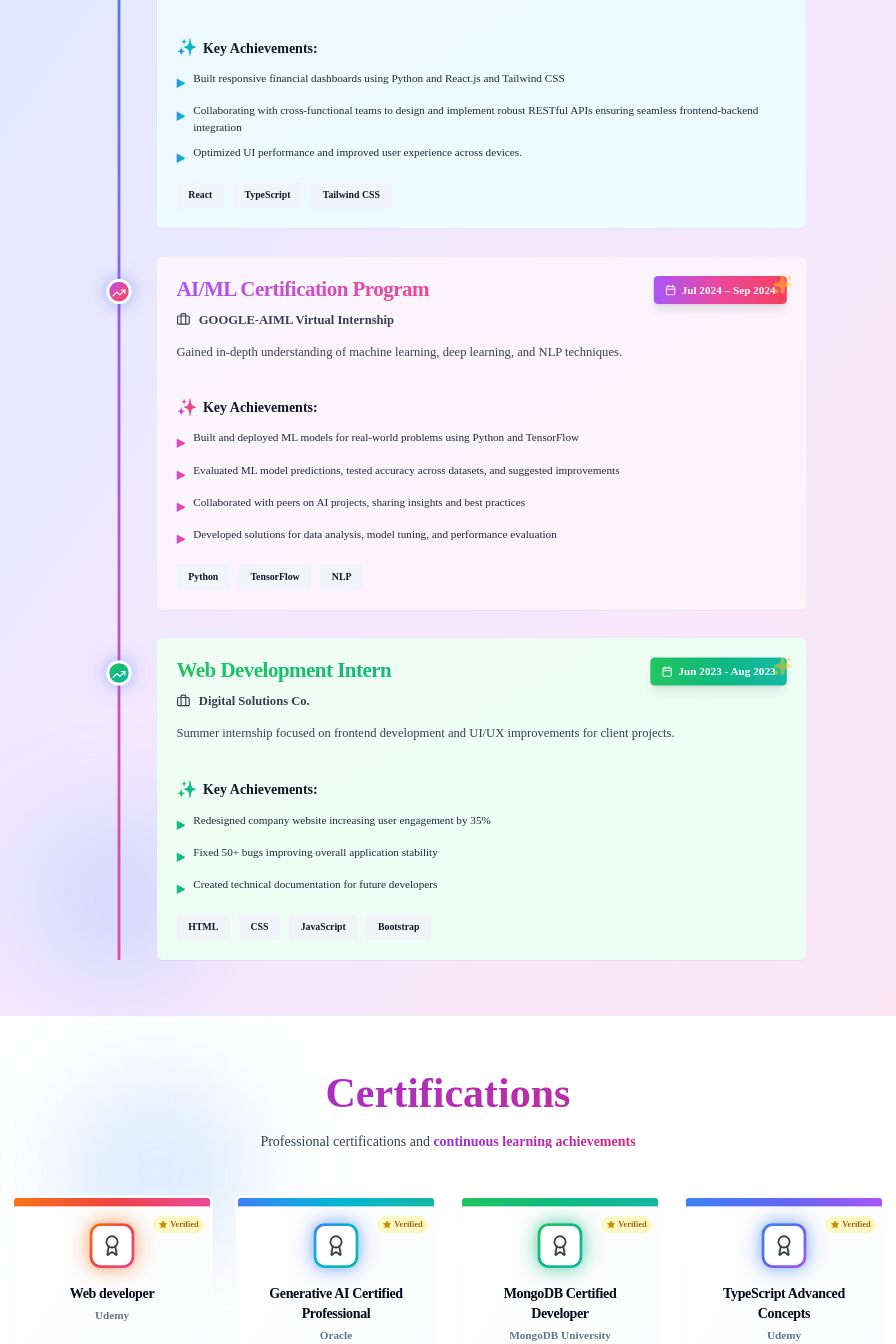
Repository: sm6746/PORTFOLIO
Page: /
These files come from the project's save history. The page is drawn as it stood at one moment and after the next save; the edit follows.
The browser window is 1280 px wide. The pictures show the part of the page from y = 4418 to 6338 px (the page is 8357 px tall), at 70% of full size.
The project was rebuilt for these pictures with package versions that can differ from the ones it lists, and the page was loaded fresh each time. Also part of the build but not shown: vite.config.ts.

Above is the page before, as saved 2025-11-07 08:43:13.

### index.html
<!DOCTYPE html>
<html lang="en">
  <head>
    <meta charset="UTF-8" />
    <link rel="icon" type="image/svg+xml" href="/favicon.svg" />
    <meta name="viewport" content="width=device-width, initial-scale=1.0" />
    <title>Portfolio</title>
  </head>
  <body>
    <div id="root"></div>
    <script type="module" src="/app/main.tsx"></script>
  </body>
</html>

### app/main.tsx
import React from 'react'
import ReactDOM from 'react-dom/client'
import App from './app'
import './globals.css'

ReactDOM.createRoot(document.getElementById('root')!).render(
  <React.StrictMode>
    <App />
  </React.StrictMode>,
)

### app/app.tsx
import { ThemeProvider } from '@/lib/theme-context';
import { Header } from '@/components/header';
import { HeroSection } from '@/components/hero-section';
import { AboutSection } from '@/components/about-section';
import { SkillsSection } from '@/components/skills-section';
import { ProjectsSection } from '@/components/projects-section';
import { ExperienceSection } from '@/components/experience-section';
import { CertificationsSection } from '@/components/certifications-section';
import { ContactSection } from '@/components/contact-section';
import { Footer } from '@/components/footer';
import { ScrollToTop } from '@/components/scroll-to-top';

function App() {
  return (
    <ThemeProvider>
      <div className="min-h-screen bg-white dark:bg-gray-900 transition-colors duration-300">
        <Header />
        <main>
          <HeroSection />
          <AboutSection />
          <SkillsSection />
          <ProjectsSection />
          <ExperienceSection />
          <CertificationsSection />
          <ContactSection />
        </main>
        <Footer />
        <ScrollToTop />
      </div>
    </ThemeProvider>
  );
}

export default App;

### lib/theme-context.tsx
import React, { createContext, useContext, useEffect, useState } from 'react';

type Theme = 'light' | 'dark';

type ThemeContextType = {
  theme: Theme;
  toggleTheme: () => void;
};

const ThemeContext = createContext<ThemeContextType | undefined>(undefined);

export function ThemeProvider({ children }: { children: React.ReactNode }) {
  const [theme, setTheme] = useState<Theme>(() => {
    const stored = localStorage.getItem('portfolio-theme');
    return (stored as Theme) || 'light';
  });

  useEffect(() => {
    localStorage.setItem('portfolio-theme', theme);
    document.documentElement.classList.toggle('dark', theme === 'dark');
  }, [theme]);

  const toggleTheme = () => {
    setTheme(prev => (prev === 'light' ? 'dark' : 'light'));
  };

  return (
    <ThemeContext.Provider value={{ theme, toggleTheme }}>
      {children}
    </ThemeContext.Provider>
  );
}

export function useTheme() {
  const context = useContext(ThemeContext);
  if (!context) {
    throw new Error('useTheme must be used within ThemeProvider');
  }
  return context;
}

### components/experience-section.tsx
import { Card, CardContent, CardHeader, CardTitle } from '@/components/ui/card';
import { Badge } from '@/components/ui/badge';
import { Briefcase, Calendar, Sparkles, TrendingUp } from 'lucide-react';
import { useScrollAnimation } from '@/hooks/use-scroll-animation';

export function ExperienceSection() {
  const { ref, isVisible } = useScrollAnimation();

  const experiences = [
    {
      title: 'frontend Developer ',
      company: 'Bluestock Fintech',
      period: 'May 2025 – July 2025',
      description: 'Developing responsive web applications using React and TypeScript. Collaborating with design team to implement pixel-perfect UIs.',
      achievements: [
        ' Built responsive financial dashboards using Python and React.js and Tailwind CSS',
        'Collaborating with cross-functional teams to design and implement robust RESTful APIs ensuring seamless frontend-backend integration',
        'Optimized UI performance and improved user experience across devices.',

      ],
      tags: ['React', 'TypeScript', 'Tailwind CSS'],
      gradient: 'from-blue-500 via-cyan-500 to-teal-500',
      bgGradient: 'from-blue-50 to-cyan-50 dark:from-blue-950/50 dark:to-cyan-950/50',
    },
    {
      title: 'AI/ML Certification Program',
      company: 'GOOGLE-AIML Virtual Internship',
      period: 'Jul 2024 – Sep 2024',
      description: 'Gained in-depth understanding of machine learning, deep learning, and NLP techniques.',
      achievements: [
        'Built and deployed ML models for real-world problems using Python and TensorFlow',
        'Evaluated ML model predictions, tested accuracy across datasets, and suggested improvements',
        'Collaborated with peers on AI projects, sharing insights and best practices',
        'Developed solutions for data analysis, model tuning, and performance evaluation',
      ],
      tags: ['Python', 'TensorFlow', 'NLP'],
      gradient: 'from-purple-500 via-pink-500 to-rose-500',
      bgGradient: 'from-purple-50 to-pink-50 dark:from-purple-950/50 dark:to-pink-950/50',
    },
    {
      title: 'Web Development Intern',
      company: 'Digital Solutions Co.',
      period: 'Jun 2023 - Aug 2023',
      description: 'Summer internship focused on frontend development and UI/UX improvements for client projects.',
      achievements: [
        'Redesigned company website increasing user engagement by 35%',
        'Fixed 50+ bugs improving overall application stability',
        'Created technical documentation for future developers',
      ],
      tags: ['HTML', 'CSS', 'JavaScript', 'Bootstrap'],
      gradient: 'from-green-500 via-emerald-500 to-teal-500',
      bgGradient: 'from-green-50 to-emerald-50 dark:from-green-950/50 dark:to-emerald-950/50',
    },
  ];

  return (
    <section
      id="experience"
      ref={ref as React.RefObject<HTMLElement>}
      className="py-20 bg-gradient-to-br from-blue-100 via-purple-100 to-pink-100 dark:from-gray-800 dark:via-purple-900/10 dark:to-blue-900/10 relative overflow-hidden"
    >
      <div className="absolute top-10 right-10 w-64 h-64 bg-purple-400/20 rounded-full blur-3xl"></div>
      <div className="absolute bottom-10 left-10 w-64 h-64 bg-blue-400/20 rounded-full blur-3xl"></div>

      <div className="container mx-auto px-4 relative z-10">
        <div
          className={`transition-all duration-1000 ${
            isVisible ? 'opacity-100 translate-y-0' : 'opacity-0 translate-y-10'
          }`}
        >
          <h2 className="text-5xl md:text-6xl font-extrabold text-center mb-6 bg-gradient-to-r from-blue-600 via-purple-600 to-pink-600 dark:from-blue-400 dark:via-purple-400 dark:to-pink-400 bg-clip-text text-transparent animate-gradient">
            Experience
          </h2>
          <p className="text-center text-gray-700 dark:text-gray-300 mb-16 text-xl font-medium">
            My professional journey and <span className="text-transparent bg-clip-text bg-gradient-to-r from-purple-600 to-pink-600 font-bold">key achievements</span>
          </p>

          <div className="max-w-5xl mx-auto relative">
            <div className="absolute left-10 top-0 bottom-0 w-1 bg-gradient-to-b from-blue-500 via-purple-500 to-pink-500 hidden md:block shadow-lg"></div>

            <div className="space-y-10">
              {experiences.map((exp, index) => (
                <div
                  key={index}
                  className={`relative transition-all duration-1000 ${
                    isVisible ? 'opacity-100 translate-x-0' : 'opacity-0 -translate-x-10'
                  }`}
                  style={{ transitionDelay: `${index * 250}ms` }}
                >
                  <div className={`hidden md:block absolute left-6 top-8 w-9 h-9 rounded-full bg-gradient-to-br ${exp.gradient} border-4 border-white dark:border-gray-800 shadow-xl animate-pulse-glow z-10`}>
                    <TrendingUp className="h-5 w-5 text-white m-auto mt-1.5" />
                  </div>

                  <Card className={`md:ml-24 hover:shadow-2xl transition-all duration-500 transform hover:-translate-y-3 hover:scale-105 border-4 border-transparent hover:border-current bg-gradient-to-br ${exp.bgGradient} overflow-hidden`}>
                    <div className={`absolute inset-0 bg-gradient-to-br ${exp.gradient} opacity-0 group-hover:opacity-10 transition-opacity duration-500`}></div>
                    <CardHeader className="relative">
                      <div className="flex flex-wrap items-start justify-between gap-4 mb-3">
                        <div className="flex-1">
                          <CardTitle className={`text-3xl font-black mb-3 bg-gradient-to-r ${exp.gradient} bg-clip-text text-transparent`}>
                            {exp.title}
                          </CardTitle>
                          <div className="flex items-center gap-3 text-gray-700 dark:text-gray-300">
                            <Briefcase className="h-5 w-5" />
                            <span className="font-bold text-lg">{exp.company}</span>
                          </div>
                        </div>
                        <Badge variant="outline" className={`flex items-center gap-2 px-4 py-2 border-3 bg-gradient-to-r ${exp.gradient} text-white font-bold text-base shadow-lg`}>
                          <Calendar className="h-4 w-4" />
                          {exp.period}
                        </Badge>
                      </div>
                      <p className="text-gray-700 dark:text-gray-300 text-lg leading-relaxed">{exp.description}</p>
                      <Sparkles className="absolute top-4 right-4 h-7 w-7 text-yellow-400 fill-yellow-400 animate-pulse" />
                    </CardHeader>
                    <CardContent className="p-6 relative">
                      <h4 className="font-black mb-4 text-gray-900 dark:text-gray-100 text-xl flex items-center gap-2">
                        <span className={`text-2xl bg-gradient-to-r ${exp.gradient} bg-clip-text text-transparent`}>✨</span>
                        Key Achievements:
                      </h4>
                      <ul className="space-y-3 mb-5">
                        {exp.achievements.map((achievement, idx) => (
                          <li key={idx} className="flex items-start gap-3 text-gray-800 dark:text-gray-200 text-base">
                            <span className={`text-2xl font-bold bg-gradient-to-r ${exp.gradient} bg-clip-text text-transparent mt-0.5`}>▸</span>
                            <span>{achievement}</span>
                          </li>
                        ))}
                      </ul>
                      <div className="flex flex-wrap gap-3">
                        {exp.tags.map((tag, tagIndex) => (
                          <Badge key={tagIndex} variant="secondary" className="text-sm font-bold px-4 py-2 hover:scale-110 transition-transform">
                            {tag}
                          </Badge>
                        ))}
                      </div>
                    </CardContent>
                  </Card>
                </div>
              ))}
            </div>
          </div>
        </div>
      </div>
    </section>
  );
}

### components/footer.tsx
import { Github, Linkedin, Mail } from 'lucide-react';
import { Button } from '@/components/ui/button';

export function Footer() {
  return (
    <footer className="py-12 bg-gray-900 text-white">
      <div className="container mx-auto px-4">
        <div className="flex flex-col items-center gap-6">
          <div className="text-3xl font-bold bg-gradient-to-r from-blue-400 to-purple-400 bg-clip-text text-transparent">
            SHIVANI MEHRA
          </div>
          <p className="text-gray-400 text-center max-w-md">
            Building the future, one line of code at a time. Let's create something amazing together.
          </p>
          <div className="flex gap-4">
            <Button
              variant="ghost"
              size="icon"
              className="rounded-full hover:bg-blue-600/20 text-gray-300 hover:text-white transition-all"
            >
              <a
              href="https://github.com/sm6746"
              target="_blank"
              rel="noopener noreferrer"
            >
              <Github className="h-5 w-5" />
              </a>
            </Button>
            <Button
              variant="ghost"
              size="icon"
              className="rounded-full hover:bg-blue-600/20 text-gray-300 hover:text-white transition-all"
            >
              <a
              href="https://www.linkedin.com/in/shivani-mehra-/"
              target="_blank"
              rel="noopener noreferrer"
            >
              <Linkedin className="h-7 w-7" />
              </a>
            </Button>
            <Button
              variant="ghost"
              size="icon"
              className="rounded-full hover:bg-blue-600/20 text-gray-300 hover:text-white transition-all"
            >
              <a
              href="https://mail.google.com/mail/?view=cm&fs=1&to=shivanimehra22may@gmail.com"
              target="_blank"
              rel="noopener noreferrer"
            >
               <Mail className="h-5 w-5" />
              </a>

            </Button>
          </div>
          <div className="border-t border-gray-800 pt-6 w-full text-center">
            <p className="text-gray-500 text-sm">

            </p>
          </div>
        </div>
      </div>
    </footer>
  );
}

### components/scroll-to-top.tsx
import { Button } from '@/components/ui/button';
import { ArrowUp } from 'lucide-react';
import { useEffect, useState } from 'react';

export function ScrollToTop() {
  const [isVisible, setIsVisible] = useState(false);

  useEffect(() => {
    const toggleVisibility = () => {
      setIsVisible(window.scrollY > 500);
    };

    window.addEventListener('scroll', toggleVisibility);
    return () => window.removeEventListener('scroll', toggleVisibility);
  }, []);

  const scrollToTop = () => {
    window.scrollTo({ top: 0, behavior: 'smooth' });
  };

  if (!isVisible) return null;

  return (
    <Button
      onClick={scrollToTop}
      size="icon"
      className="fixed bottom-8 right-8 z-50 rounded-full shadow-lg bg-gradient-to-r from-blue-600 to-purple-600 hover:from-blue-700 hover:to-purple-700 animate-bounce"
    >
      <ArrowUp className="h-5 w-5" />
    </Button>
  );
}

### components/ui/button.tsx
import * as React from "react"
import { Slot } from "@radix-ui/react-slot"
import { cva, type VariantProps } from "class-variance-authority"

import { cn } from "@/lib/utlis"

const buttonVariants = cva(
  "inline-flex items-center justify-center gap-2 whitespace-nowrap rounded-md text-sm font-medium transition-colors focus-visible:outline-none focus-visible:ring-1 focus-visible:ring-ring disabled:pointer-events-none disabled:opacity-50 [&_svg]:pointer-events-none [&_svg]:size-4 [&_svg]:shrink-0",
  {
    variants: {
      variant: {
        default:
          "bg-primary text-primary-foreground shadow hover:bg-primary/90",
        destructive:
          "bg-destructive text-destructive-foreground shadow-sm hover:bg-destructive/90",
        outline:
          "border border-input bg-background shadow-sm hover:bg-accent hover:text-accent-foreground",
        secondary:
          "bg-secondary text-secondary-foreground shadow-sm hover:bg-secondary/80",
        ghost: "hover:bg-accent hover:text-accent-foreground",
        link: "text-primary underline-offset-4 hover:underline",
      },
      size: {
        default: "h-9 px-4 py-2",
        sm: "h-8 rounded-md px-3 text-xs",
        lg: "h-10 rounded-md px-8",
        icon: "h-9 w-9",
      },
    },
    defaultVariants: {
      variant: "default",
      size: "default",
    },
  }
)

export interface ButtonProps
  extends React.ButtonHTMLAttributes<HTMLButtonElement>,
    VariantProps<typeof buttonVariants> {
  asChild?: boolean
}

const Button = React.forwardRef<HTMLButtonElement, ButtonProps>(
  ({ className, variant, size, asChild = false, ...props }, ref) => {
    const Comp = asChild ? Slot : "button"
    return (
      <Comp
        className={cn(buttonVariants({ variant, size, className }))}
        ref={ref}
        {...props}
      />
    )
  }
)
Button.displayName = "Button"

export { Button, buttonVariants }

### hooks/use-scroll-animation.ts
import { useEffect, useRef, useState } from 'react';

export function useScrollAnimation() {
  const ref = useRef<HTMLElement>(null);
  const [isVisible, setIsVisible] = useState(false);

  useEffect(() => {
    const observer = new IntersectionObserver(
      ([entry]) => {
        if (entry.isIntersecting) {
          setIsVisible(true);
        }
      },
      { threshold: 0.1 }
    );

    if (ref.current) {
      observer.observe(ref.current);
    }

    return () => {
      if (ref.current) {
        observer.unobserve(ref.current);
      }
    };
  }, []);

  return { ref, isVisible };
}

### components/ui/card.tsx
import * as React from "react"

import { cn } from "@/lib/utlis"

const Card = React.forwardRef<
  HTMLDivElement,
  React.HTMLAttributes<HTMLDivElement>
>(({ className, ...props }, ref) => (
  <div
    ref={ref}
    className={cn(
      "rounded-lg border bg-card text-card-foreground shadow-sm",
      className,
    )}
    {...props}
  />
))
Card.displayName = "Card"

const CardHeader = React.forwardRef<
  HTMLDivElement,
  React.HTMLAttributes<HTMLDivElement>
>(({ className, ...props }, ref) => (
  <div
    ref={ref}
    className={cn("flex flex-col space-y-1.5 p-6", className)}
    {...props}
  />
))
CardHeader.displayName = "CardHeader"

const CardTitle = React.forwardRef<
  HTMLParagraphElement,
  React.HTMLAttributes<HTMLHeadingElement>
>(({ className, ...props }, ref) => (
  <h3
    ref={ref}
    className={cn(
      "text-2xl font-semibold leading-none tracking-tight",
      className,
    )}
    {...props}
  />
))
CardTitle.displayName = "CardTitle"

const CardDescription = React.forwardRef<
  HTMLParagraphElement,
  React.HTMLAttributes<HTMLParagraphElement>
>(({ className, ...props }, ref) => (
  <p
    ref={ref}
    className={cn("text-sm text-muted-foreground", className)}
    {...props}
  />
))
CardDescription.displayName = "CardDescription"

const CardContent = React.forwardRef<
  HTMLDivElement,
  React.HTMLAttributes<HTMLDivElement>
>(({ className, ...props }, ref) => (
  <div ref={ref} className={cn("p-6 pt-0", className)} {...props} />
))
CardContent.displayName = "CardContent"

const CardFooter = React.forwardRef<
  HTMLDivElement,
  React.HTMLAttributes<HTMLDivElement>
>(({ className, ...props }, ref) => (
  <div
    ref={ref}
    className={cn("flex items-center p-6 pt-0", className)}
    {...props}
  />
))
CardFooter.displayName = "CardFooter"

export { Card, CardHeader, CardFooter, CardTitle, CardDescription, CardContent }

### components/ui/badge.tsx
import * as React from "react"
import { cva, type VariantProps } from "class-variance-authority"

import { cn } from "@/lib/utlis"

const badgeVariants = cva(
  "inline-flex items-center rounded-md border px-2.5 py-0.5 text-xs font-semibold transition-colors focus:outline-none focus:ring-2 focus:ring-ring focus:ring-offset-2",
  {
    variants: {
      variant: {
        default:
          "border-transparent bg-primary text-primary-foreground shadow hover:bg-primary/80",
        secondary:
          "border-transparent bg-secondary text-secondary-foreground hover:bg-secondary/80",
        destructive:
          "border-transparent bg-destructive text-destructive-foreground shadow hover:bg-destructive/80",
        outline: "text-foreground",
      },
    },
    defaultVariants: {
      variant: "default",
    },
  }
)

export interface BadgeProps
  extends React.HTMLAttributes<HTMLDivElement>,
    VariantProps<typeof badgeVariants> {}

function Badge({ className, variant, ...props }: BadgeProps) {
  return (
    <div className={cn(badgeVariants({ variant }), className)} {...props} />
  )
}

export { Badge, badgeVariants }

### components/ui/input.tsx
import * as React from "react"

import { cn } from "@/lib/utlis"

const Input = React.forwardRef<HTMLInputElement, React.ComponentProps<"input">>(
  ({ className, type, ...props }, ref) => {
    return (
      <input
        type={type}
        className={cn(
          "flex h-9 w-full rounded-md border border-input bg-transparent px-3 py-1 text-base shadow-sm transition-colors file:border-0 file:bg-transparent file:text-sm file:font-medium file:text-foreground placeholder:text-muted-foreground focus-visible:outline-none focus-visible:ring-1 focus-visible:ring-ring disabled:cursor-not-allowed disabled:opacity-50 md:text-sm",
          className
        )}
        ref={ref}
        {...props}
      />
    )
  }
)
Input.displayName = "Input"

export { Input }

### components/ui/textarea.tsx
import * as React from "react"

import { cn } from "@/lib/utlis"

const Textarea = React.forwardRef<
  HTMLTextAreaElement,
  React.ComponentProps<"textarea">
>(({ className, ...props }, ref) => {
  return (
    <textarea
      className={cn(
        "flex min-h-[60px] w-full rounded-md border border-input bg-transparent px-3 py-2 text-base shadow-sm placeholder:text-muted-foreground focus-visible:outline-none focus-visible:ring-1 focus-visible:ring-ring disabled:cursor-not-allowed disabled:opacity-50 md:text-sm",
        className
      )}
      ref={ref}
      {...props}
    />
  )
})
Textarea.displayName = "Textarea"

export { Textarea }

Loaded but not shown: lib/utlis.tsx (common file); tailwind.config.js (62 lines, source omitted); components/projects-section.tsx (180 lines, source omitted); components/contact-section.tsx (144 lines, source omitted); components/certifications-section.tsx (150 lines, source omitted); components/hero-section.tsx (124 lines, source omitted); components/about-section.tsx (79 lines, source omitted); components/skills-section.tsx (112 lines, source omitted); components/header.tsx (82 lines, source omitted); app/globals.css (115 lines, source omitted)

After the next save:
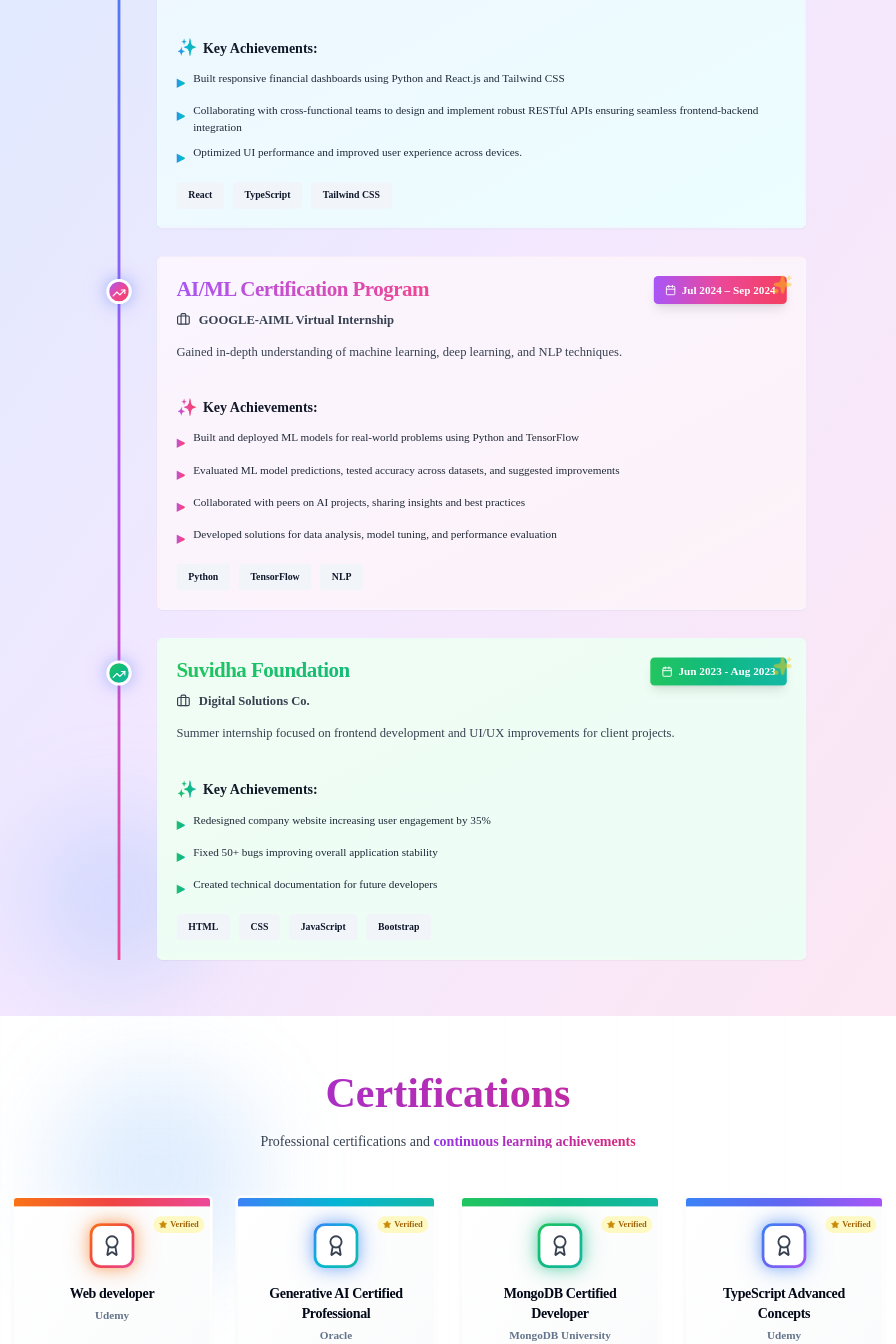
Saved 3 h 30 min later.
--- a/components/experience-section.tsx
+++ b/components/experience-section.tsx
@@ -38,7 +38,7 @@
       bgGradient: 'from-purple-50 to-pink-50 dark:from-purple-950/50 dark:to-pink-950/50',
     },
     {
-      title: 'Web Development Intern',
+      title: 'Suvidha Foundation',
       company: 'Digital Solutions Co.',
       period: 'Jun 2023 - Aug 2023',
       description: 'Summer internship focused on frontend development and UI/UX improvements for client projects.',
